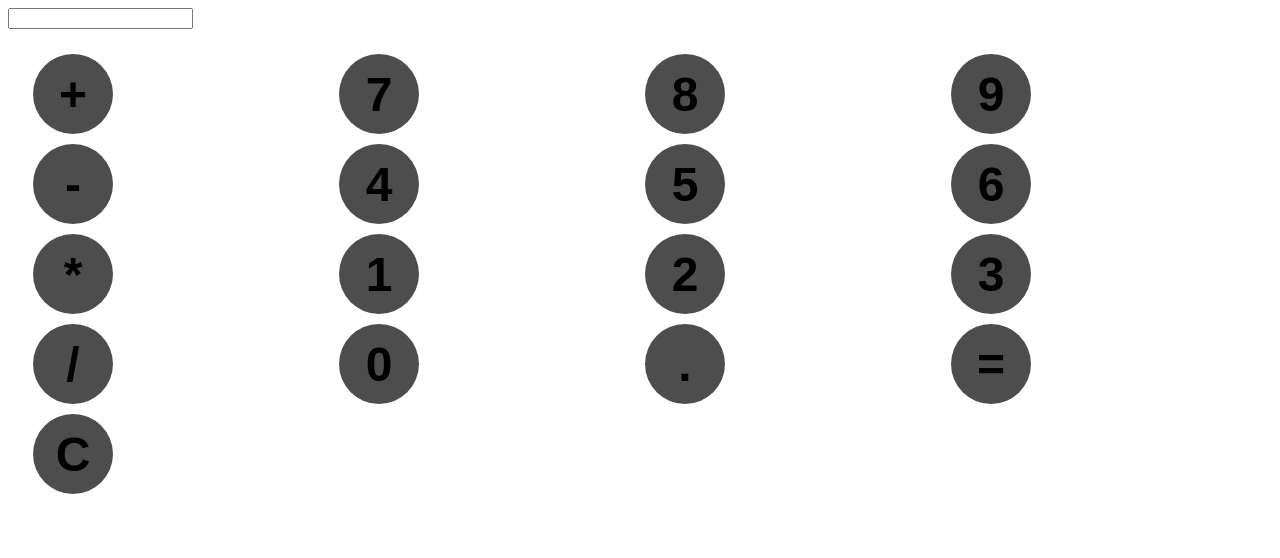
Repository: Haakim19/JavaScript
Page: Calculater/Main.html
An editor plug-in stored every save of this project. The page is shown before and after the next save, followed by the edit.
The browser window is 1280 px wide. The pictures show the whole page.

Above is the page before, as saved 2024-10-22 21:43:34.

### Calculater/Main.html
<!DOCTYPE html>
<html lang="en">
<head>
    <meta charset="UTF-8">
    <meta name="viewport" content="width=device-width, initial-scale=1.0">
    <title>Calculator</title>
    <link rel="stylesheet" href="Main.css">
</head>
<body>
    <div class="calculator">
        <input type="display" readonly>
        <div class="keys">
            <button onclick="appentToDisplay('+')">+</button>
            <button onclick="appentToDisplay('7')">7</button>
            <button onclick="appentToDisplay('8')">8</button>
            <button onclick="appentToDisplay('9')">9</button>
            <button onclick="appentToDisplay('-')">-</button>
            <button onclick="appentToDisplay('4')">4</button>
            <button onclick="appentToDisplay('5')">5</button>
            <button onclick="appentToDisplay('6')">6</button>
            <button onclick="appentToDisplay('*')">*</button>
            <button onclick="appentToDisplay('1')">1</button>
            <button onclick="appentToDisplay('2')">2</button>
            <button onclick="appentToDisplay('3')">3</button>
            <button onclick="appentToDisplay('/')">/</button>
            <button onclick="appentToDisplay('0')">0</button>
            <button onclick="appentToDisplay('.')">.</button>
            <button onclick="calculate()">=</button>
            <button onclick="clear">C</button>
        </div>
    </div>

</body>
</html>

### Calculater/Main.css
.calculator{
    font-family: monospace;
}
.keys{
    display: grid;
    grid-template-columns: repeat(4, 1fr);
    gap: 10px;
    padding: 25px;
}
button{
    width: 80px;
    height: 80px;
    border-radius: 50px;
    border: none;
    font-size: 3rem;
    background-color: hsl(0, 0%, 30%);
    font-weight: bold;
    cursor: pointer;
}

After the next save:
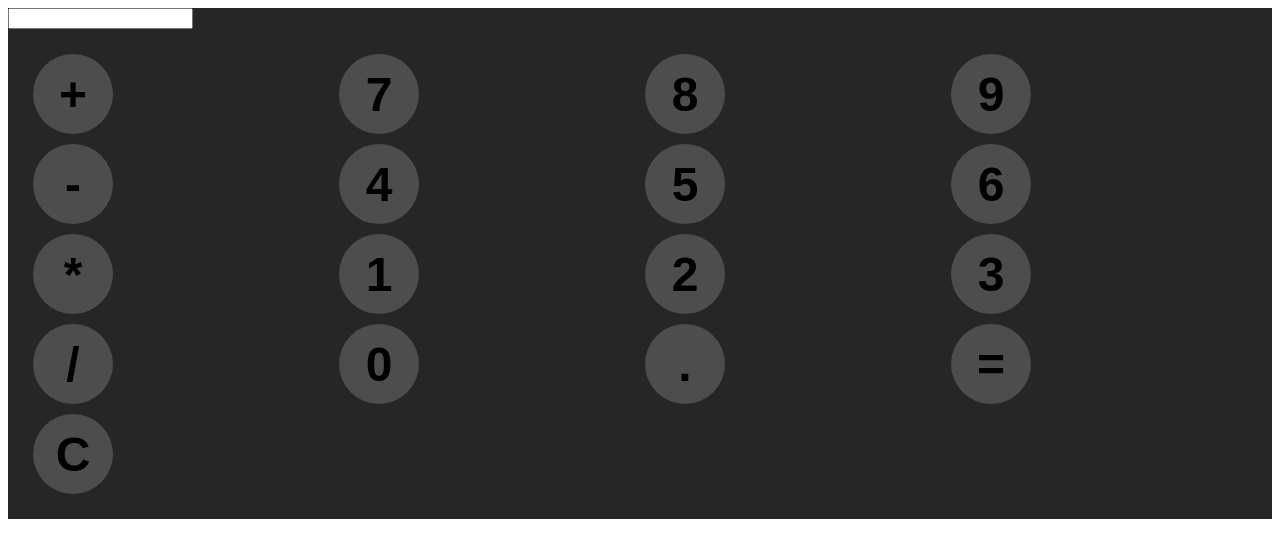
Saved 20 s later.
--- a/Calculater/Main.css
+++ b/Calculater/Main.css
@@ -1,5 +1,6 @@
 .calculator{
     font-family: monospace;
+    background-color: hsl(0, 0%, 15%);
 }
 .keys{
     display: grid;
